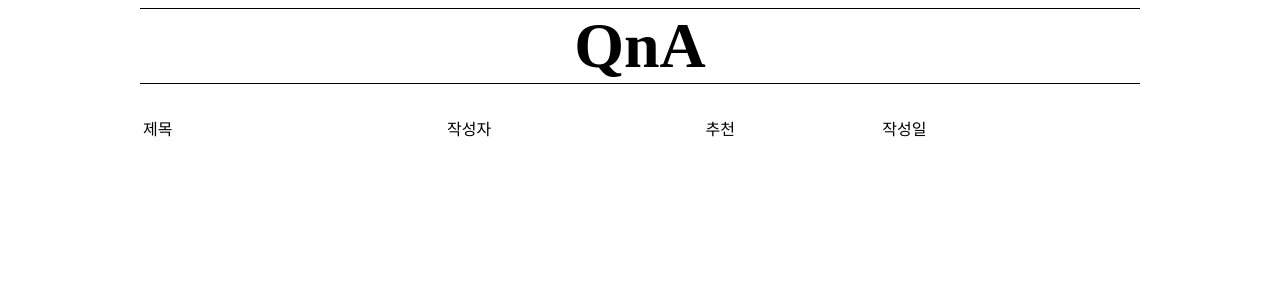
Repository: shbaksa/study
Page: http://localhost/mw_0621/qna_m/main.jsp
The author's editor kept a copy of each file at every save. The page is drawn from the files as they stood at one save, then again after the next save.
The browser window is 1280 px wide. The pictures show the whole page.
After loading, the first visible `caption` was clicked once.
The page is served by Tomcat 9. Queries for data that is not in the repository find no rows.

Above is the page before, as saved 2022-06-21 00:09:34.
Console error: TypeError: Cannot read properties of null (reading 'style')

After the next save:
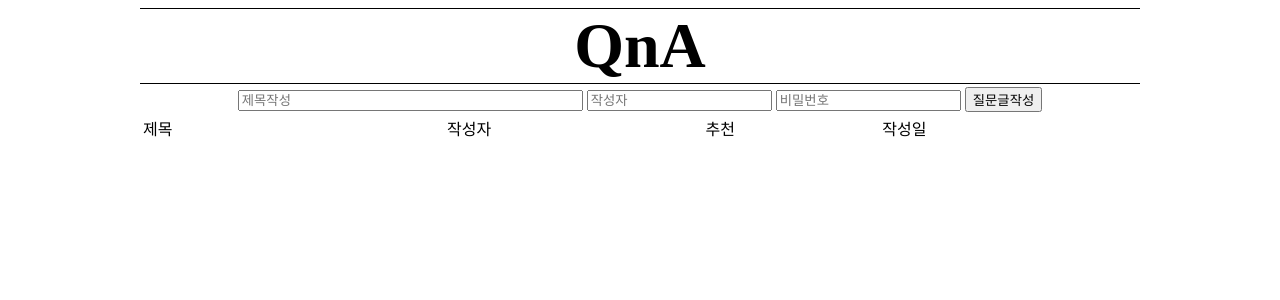
The error is gone.
Saved 13 s later.
--- a/mw_0621/src/main/webapp/qna_m/main.jsp
+++ b/mw_0621/src/main/webapp/qna_m/main.jsp
@@ -37,15 +37,15 @@
 <script>
 	function view(n) {
 
-		var pepsii = document.getElementById("deldel"+n).style.visibility;
+		var pepsii = document.getElementById("deldel").style.visibility;
 
 		if(pepsii == "hidden")
 			{
-				document.getElementById("deldel"+n).style.visibility="visible";
+				document.getElementById("deldel").style.visibility="visible";
 			}
 		else if(pepsii == "visible")
 			{
-				document.getElementById("deldel"+n).style.visibility="hiiden";
+				document.getElementById("deldel").style.visibility="hiiden";
 			}
 	}
 
@@ -74,7 +74,7 @@
 
 
 	<table width="1000" align="center">
-	<caption  onclick="view(1)"><b>QnA</b></caption>
+	<caption  onclick="view()"><b>QnA</b></caption>
 	<tr id="deldel" style="visibility:hidden;">
 	<form name="pkc" method="post" action="write.jsp">
 	<td colspan="8" align="center">
